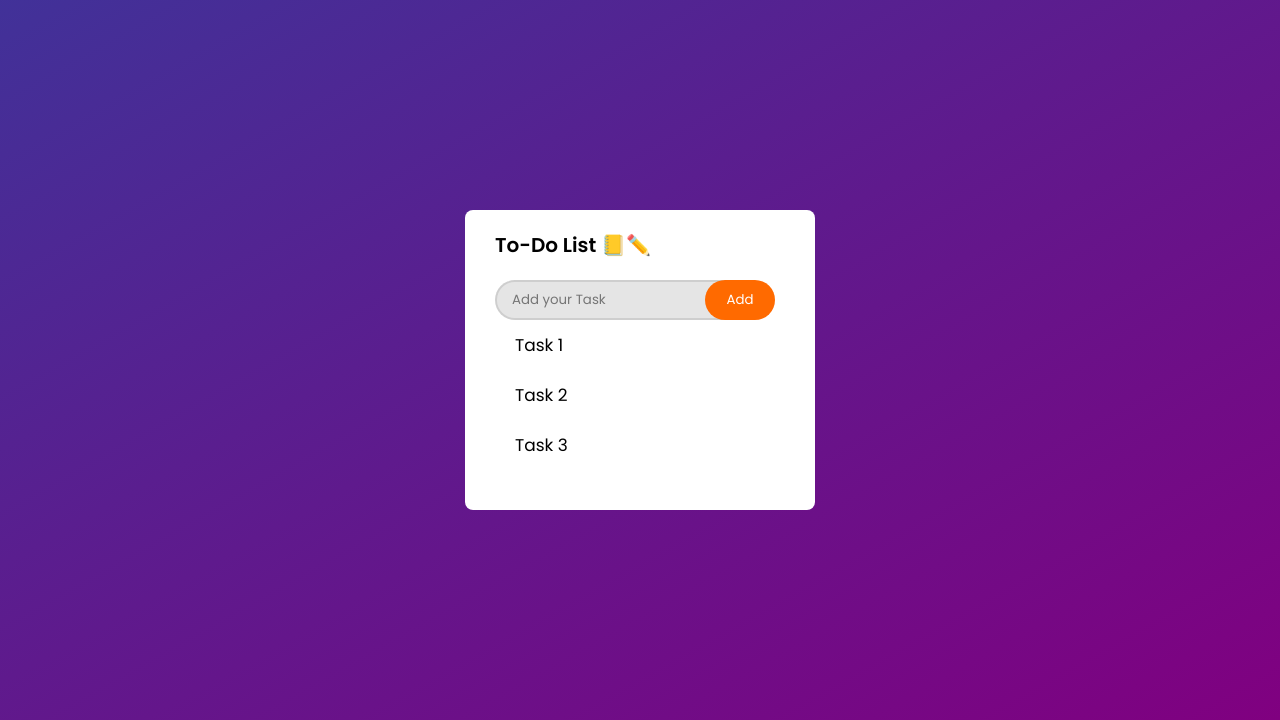
Repository: Ankitkr2021/To-Do-List
Page: index.html
These files come from the project's save history. The page is drawn as it stood at one moment and after the next save; the edit follows.
The browser window is 1280 px wide. The pictures show the whole page.

Above is the page before, as saved 2025-10-03 10:16:37.

### index.html
<!DOCTYPE html>
<html lang="en">
<head>
    <meta charset="UTF-8">
    <meta name="viewport" content="width=device-width, initial-scale=1.0">
    <title>To-Do-List</title>
    <link rel="stylesheet" href="./style.css">
</head>
<body>
    <div class="box">
        <h1>To-Do List 📒✏️</h1>
        <div class="task">
        <input id="add" type="text" placeholder="Add your Task">
        <button type="submit">Add</button>
        </div>
        <ul>
            <li>Task 1</li>
            <li>Task 2</li>
            <li>Task 3</li>
        </ul>
    </div>
</body>
</html>

### style.css
@import url("https://fonts.googleapis.com/css2?family=Poppins:wght@300;400;500;600;700&display=swap");

*{
    margin: 0;
    padding: 0;
    box-sizing: border-box;
    font-family: 'Poppins',sans-serif;
}

body{
    display: flex;
    justify-content: center;
    align-items: center;
    height: 100vh;
    background: linear-gradient(to bottom right, rgba(40, 22, 139, 0.884), purple);
}

.box {
    background: #fff;
    /* height: 150px; */
    height: 300px;
    width: 350px;
    border-radius: 8px;
}

.box h1 {
    padding: 20px 30px;
    font-size: 20px;
    font-weight: 600;
}

.task {
    /* background: #000; */
    padding: 0 30px;
    position: relative;
}

.task input {
    width: 85%;
    height: 40px;
    border-radius: 20px;
    border: 2px solid rgba(0,0,0,0.1);
    background: rgba(0,0,0,0.1);
    padding-left: 15px;
}

.task button {
    content: "";
    position: absolute;
    left: 240px;
    height: 40px;
    width: 20%;
    border-radius: 20px;
    background: rgb(255, 106, 0);
    color: #fff;
    border: none;
}

ul li {
    list-style: none;
    font-size: 17px;
    padding: 12px 8px 12px 50px;
    user-select: none;
    cursor: pointer;
}

After the next save:
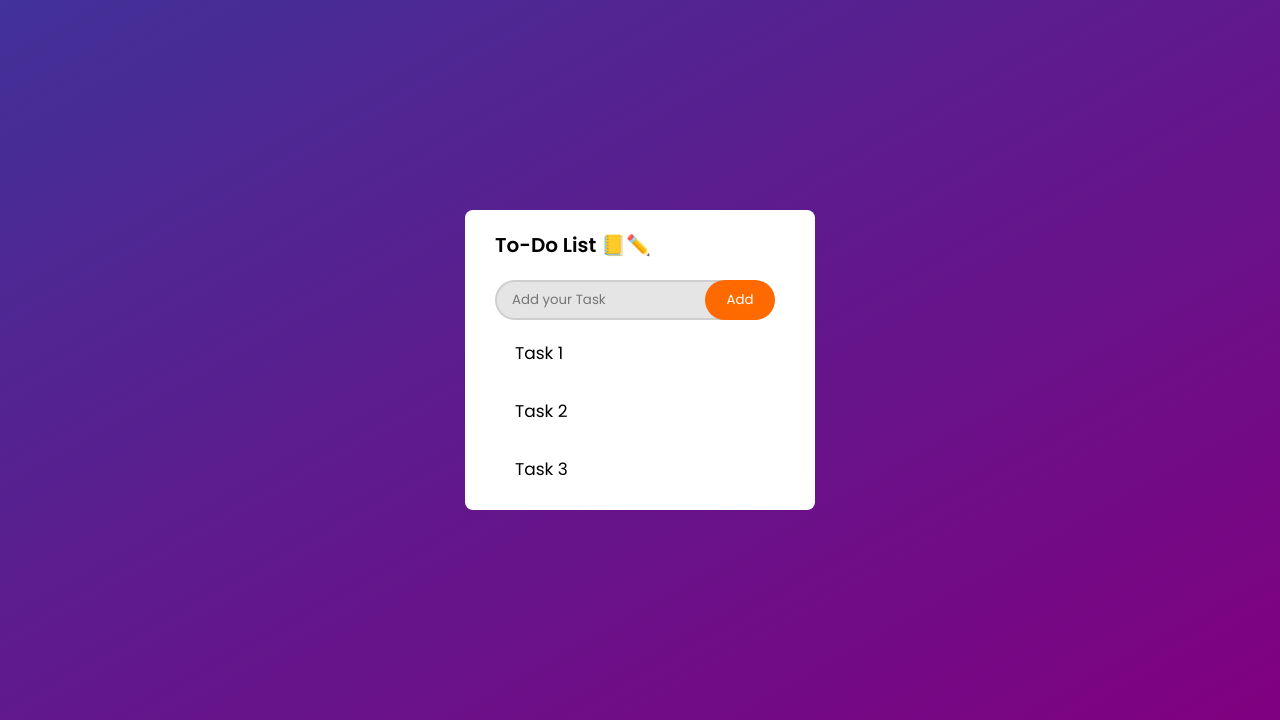
Saved 8 s later.
--- a/style.css
+++ b/style.css
@@ -59,7 +59,7 @@ body{
 ul li {
     list-style: none;
     font-size: 17px;
-    padding: 12px 8px 12px 50px;
+    padding: 20px 8px 12px 50px;
     user-select: none;
     cursor: pointer;
 }
